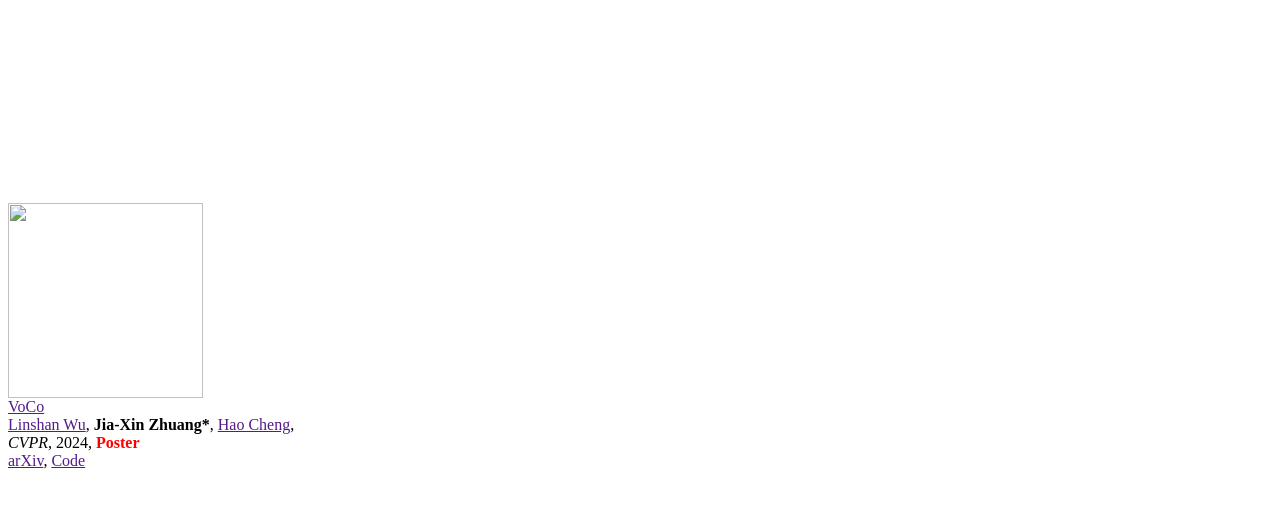
Repository: JiaxinZhuang/JiaxinZhuang.github.io
Page: papers/VoCo_CVPR24.html
An editor plug-in stored every save of this project. The page is shown before and after the next save, followed by the edit.
The browser window is 1280 px wide. The pictures show the whole page.

Above is the page before, as saved 2024-03-05 17:53:17.
Not found: papers/images/none.jpeg

After the next save:
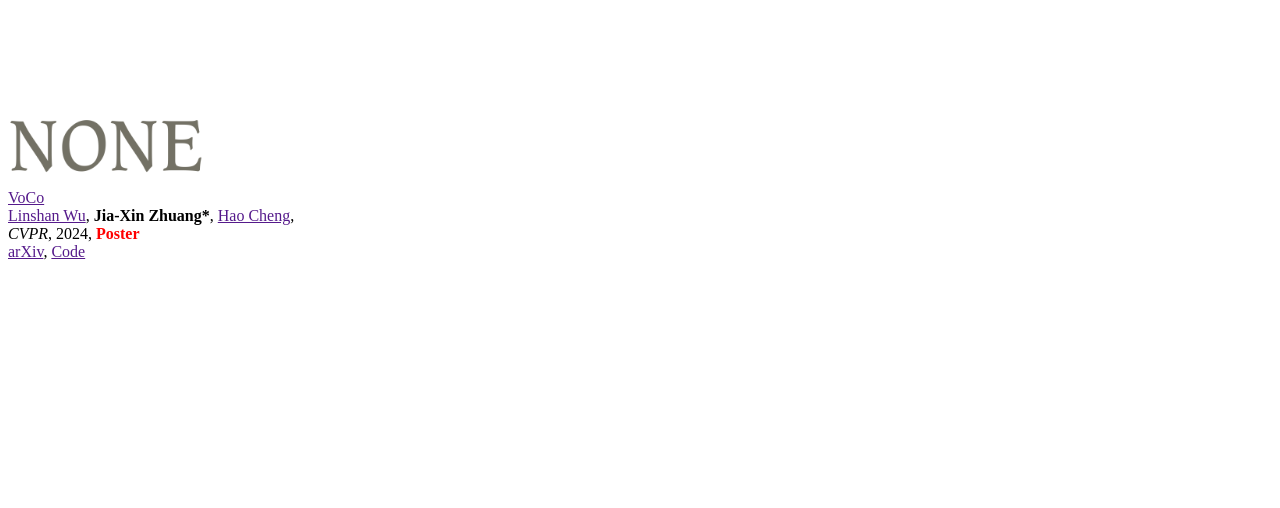
Saved 15 s later.
--- a/papers/VoCo_CVPR24.html
+++ b/papers/VoCo_CVPR24.html
@@ -2,8 +2,8 @@
     <td style="padding:20px;width:25%;vertical-align:middle">
       <div class="one">
         <div class="two" id='flare_image'>
-          <img src='images/none.jpeg' width="195"></div>
-        <img src='images/none.jpeg' width="195">
+          <img src='images/none.png' width="195"></div>
+        <img src='images/none.png' width="195">
       </div>
       <script type="text/javascript">
         function flare_start() {
